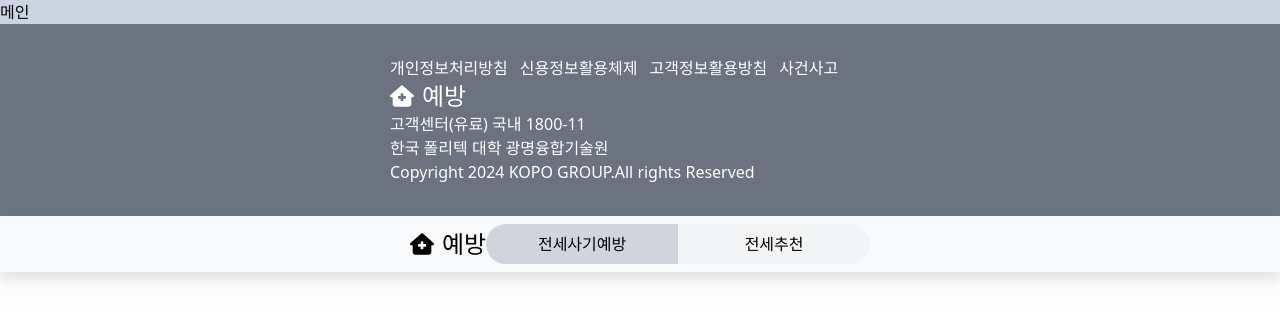
Repository: hanaTI-team-1/frontend
Page: /
These files come from the project's save history. The page is drawn as it stood at one moment and after the next save; the edit follows.
The browser window is 1280 px wide. The pictures show the whole page.
The project was rebuilt for these pictures with package versions that can differ from the ones it lists, and the page was loaded fresh each time. Also part of the build but not shown: vite.config.js, src/App.css, src/components/Recommend.jsx, src/components/Protect.jsx.

Above is the page before, as saved 2024-07-11 21:06:04.

After the next save:
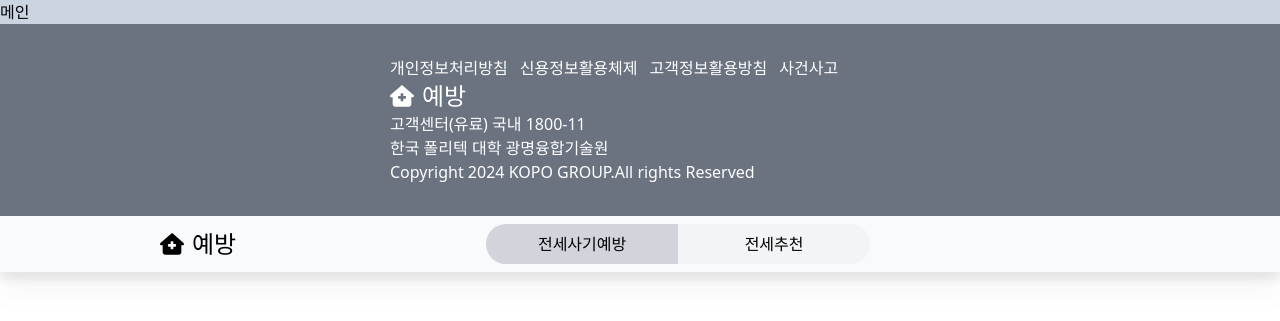
Saved 50 s later.
--- a/src/components/Header.jsx
+++ b/src/components/Header.jsx
@@ -2,7 +2,7 @@ import { Logo } from './Logo'
 import { Link } from 'react-router-dom'
 
 export const Header = () => {
-  return <header className='fixed bg-slate-50 xl:px-40 flex w-full h-14 items-center justify-center drop-shadow-xl'>
+  return <header className='fixed bg-slate-50 xl:px-40 flex w-full h-14 items-center justify-between drop-shadow-xl'>
     <Logo />
     <nav className='flex'>
       {/* 클릭하면 /proctect로 이동 */}
